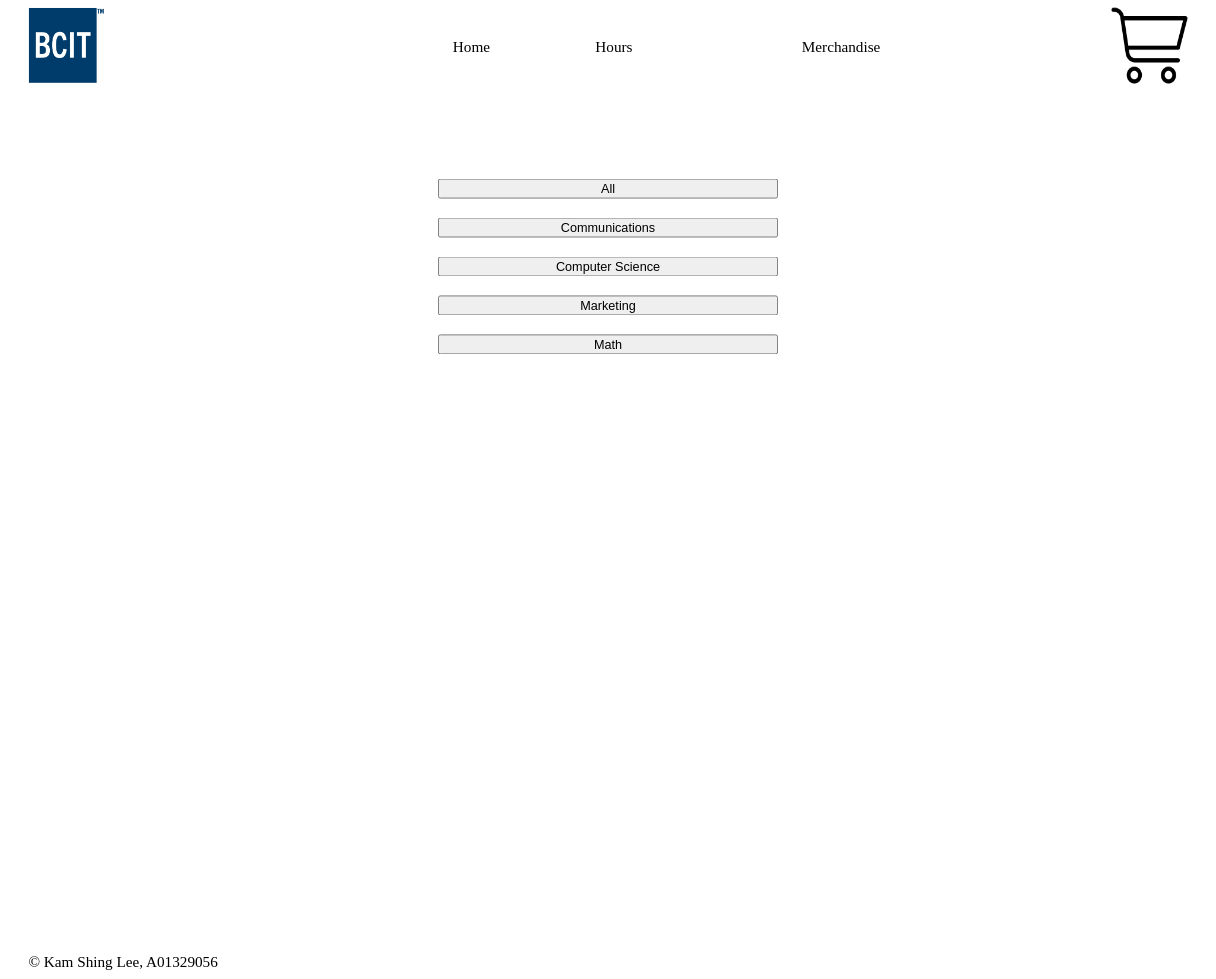
Repository: klee616/assessment3
Page: /
An editor plug-in stored every save of this project. The page is shown before and after the next save, followed by the edit.
The browser window is 1280 px wide. The pictures show the whole page, at 95% of full size.
The project was rebuilt for these pictures with package versions that can differ from the ones it lists, and the page was loaded fresh each time. The framework's server and built-in components were replaced by stand-ins that run in the browser. Also part of the build but not shown: next.config.mjs.

Above is the page before, as saved 2024-02-06 00:39:43.

### pages/index.js
import Head from "next/head";
import { Inter } from "next/font/google";
import styles from "@/styles/Home.module.css";
import layout from "@/styles/layout.module.css"
import Header from "@/components/Header";
import Footer from "@/components/Footer";

const inter = Inter({ subsets: ["latin"] });

export default function Home() {
  return (
    <>
      <Head>
        <title>BCIT Book Store</title>
        <meta name="description" content="All online pick-up orders are available at the Burnaby Campus Bookstore (SE2). Please allow 2-3 business days for order processing." />
        <meta name="viewport" content="width=device-width, initial-scale=1" />
        <link rel="icon" href="/favicon.ico" />
      </Head>

      <Header />
      <main className={`${styles.main} ${inter.className}`}>
        <div className={`${layout['col-lg-4']} ${layout['col-md-4']} ${layout['col-lg-4']}}`}>
          <div className={styles['aside-containera']}>
            <button>All</button>
            <button>Communications</button>
            <button>Computer Science</button>
            <button>Marketing</button>
            <button>Math</button>
          </div>
        </div>
        <div className={`${layout['col-lg-8']} ${layout['col-md-8']} ${layout['col-lg-8']}}`}>

        </div>
      </main>
      <Footer />
    </>
  );
}

### styles/globals.css
:root {
  --background-color: #fff;
  --highlight: #FFF400;
  --blue: #003C71;
  --white-text: #fff;
  --product-background: rgb(245, 245, 245);
}

a{
  color: inherit;
  text-decoration: none;
}

### styles/Home.module.css
.main {
  display: flex;
  flex-direction: column;
  justify-content: space-between;
  align-items: center;
  padding: 6rem;
  min-height: 100vh;
}
.aside-containera{
  display: flex;
  flex-direction: column;
  flex-wrap: nowrap;
  row-gap: 20px;
}

### styles/layout.module.css

.row {
    display: flex;
    flex-direction: row;
    flex-wrap: wrap;
    justify-content: left;
    align-items: stretch;
  }

  .col-lg-12, .col-md-12, .col-sm-12{
      flex: 0 0 12;
      width: calc(100% / 12 * 12);
  }

  .col-lg-11, .col-md-11, .col-sm-11{
      flex: 0 0 11;
      width: calc(100% / 12 * 11);
  }

  .col-lg-10, .col-md-10, .col-sm-10{
      flex: 0 0 10;
      width: calc(100% / 12 * 10);
  }

  .col-lg-9, .col-md-9, .col-sm-9{
      flex: 0 0 9;
      width: calc(100% / 12 * 9);
  }

  .col-lg-8, .col-md-8, .col-sm-8{
      flex: 0 0 8;
      width: calc(100% / 12 * 8);
  }

  .col-lg-7, .col-md-7, .col-sm-7{
      flex: 0 0 7;
      width: calc(100% / 12 * 7);
  }

  .col-lg-6, .col-md-6, .col-sm-6{
      flex: 0 0 6;
      width: calc(100% / 12 * 6);
  }

  .col-lg-5, .col-md-5, .col-sm-5{
      flex: 0 0 5;
      width: calc(100% / 12 * 5);
  }

  .col-lg-4, .col-md-4, .col-sm-4{
      flex: 0 0 4;
      width: calc(100% / 12 * 4);
  }

  .col-lg-3, .col-md-3, .col-sm-3{
      flex: 0 0 3;
      width: calc(100% / 12 * 3);
  }

  .col-lg-2, .col-md-2, .col-sm-2{
      flex: 0 0 2;
      width: calc(100% / 12 * 2);
  }

  .col-lg-1, .col-md-1, .col-sm-1{
      flex: 0 0 1;
      width: calc(100% / 12 * 1);
  }

  .text-align-right{
    text-align: right;
  }

  @media (min-width: 1221px ) {
    /* lg*/

    .row {
      max-width: 1220px;
      width: 100vw;
    }

    .row-wider{
      width: 992px;
    }


    .col-lg-12 {
      flex: 0 0 12;
      width: calc(100% / 12 * 12);
    }

    .col-lg-11 {
      flex: 0 0 11;
      width: calc(100% / 12 * 12);
    }

    .col-lg-10 {
      flex: 0 0 10;
      width: calc(100% / 12 * 10);
    }

    .col-lg-9 {
      flex: 0 0 9;
      width: calc(100% / 12 * 9);
    }

    .col-lg-8 {
      flex: 0 0 8;
      width: calc(100% / 12 * 8);
    }

    .col-lg-7 {
      flex: 0 0 7;
      width: calc(100% / 12 * 7);
    }

    .col-lg-6 {
      flex: 0 0 6;
      width: calc(100% / 12 * 6);
    }

    .col-lg-5 {
      flex: 0 0 5;
      width: calc(100% / 12 * 5);
    }

    .col-lg-4 {
      flex: 0 0 4;
      width: calc(100% / 12 * 4);
    }

    .col-lg-3 {
      flex: 0 0 3;
      width: calc(100% / 12 * 3);
    }

    .col-lg-2 {
      flex: 0 0 2;
      width: calc(100% / 12 * 2);
    }

    .col-lg-1 {
      flex: 0 0 1;
      width: calc(100% / 12 * 1);
    }

    .lg-hidden{
      display: none;;
    }
  }


  @media (max-width:1220px) and (min-width:701px) {
    /* md*/

    .row {
        max-width: 1440px;
        width: 100vw;

    }



    .col-md-12 {
      flex: 0 0 12;
      width: calc(100% / 12 * 12);
    }

    .col-md-11 {
      flex: 0 0 11;
      width: calc(100% / 12 * 12);
    }

    .col-md-10 {
      flex: 0 0 10;
      width: calc(100% / 12 * 10);
    }

    .col-md-9 {
      flex: 0 0 9;
      width: calc(100% / 12 * 9);
    }

    .col-md-8 {
      flex: 0 0 8;
      width: calc(100% / 12 * 8);
    }

    .col-md-7 {
      flex: 0 0 7;
      width: calc(100% / 12 * 7);
    }

    .col-md-6 {
      flex: 0 0 6;
      width: calc(100% / 12 * 6);
    }

    .col-md-5 {
      flex: 0 0 5;
      width: calc(100% / 12 * 5);
    }

    .col-md-4 {
      flex: 0 0 4;
      width: calc(100% / 12 * 4);
    }

    .col-md-3 {
      flex: 0 0 3;
      width: calc(100% / 12 * 3);
    }

    .col-md-2 {
      flex: 0 0 2;
      width: calc(100% / 12 * 2);
    }

    .col-md-1 {
      flex: 0 0 1;
      width: calc(100% / 12 * 1);
    }


    .md-hidden{
      display: none;;
    }
  }


  @media (max-width:700px) {
    /* sm*/

    .row {
        max-width: 640;
        width: 100vw;

    }


    .col-sm-12 {
      flex: 0 0 12;
      width: calc(100% / 12 * 12);
    }

    .col-sm-11 {
      flex: 0 0 11;
      width: calc(100% / 12 * 12);
    }

    .col-sm-10 {
      flex: 0 0 10;
      width: calc(100% / 12 * 10);
    }

    .col-sm-9 {
      flex: 0 0 9;
      width: calc(100% / 12 * 9);
    }

    .col-sm-8 {
      flex: 0 0 8;
      width: calc(100% / 12 * 8);
    }

    .col-sm-7 {
      flex: 0 0 7;
      width: calc(100% / 12 * 7);
    }

    .col-sm-6 {
      flex: 0 0 6;
      width: calc(100% / 12 * 6);
    }

    .col-sm-5 {
      flex: 0 0 5;
      width: calc(100% / 12 * 5);
    }

    .col-sm-4 {
      flex: 0 0 4;
      width: calc(100% / 12 * 4);
    }

    .col-sm-3 {
      flex: 0 0 3;
      width: calc(100% / 12 * 3);
    }

    .col-sm-2 {
      flex: 0 0 2;
      width: calc(100% / 12 * 2);
    }

    .col-sm-1 {
      flex: 0 0 1;
      width: calc(100% / 12 * 1);
    }

    .sm-hidden{
      display: none;
    }
  }

### components/Header/index.js
import styles from './Header.module.css'
import layout from '@/styles/Layout.module.css'
import Image from 'next/image'
import Link from 'next/link'

export default function Header() {
    return (
        <>
            <header className={`${styles['page-header']}`}>
                <div className={`${layout.row}`}>
                    <div className={`${layout['col-lg-4']} ${layout['col-md-4']} ${layout['col-sm-4']}`}>
                        <Image
                            src="/images/bcit_logo.png"
                            width={80}
                            height={80} />
                    </div>
                    <div className={`${layout['col-lg-8']} ${layout['col-md-8']} ${layout['col-sm-8']}`}>
                        <div className={styles['menu-container']}>
                            <ul className={styles['menu-list']}>
                                <li className={styles['menu-item']}>
                                    <Link href='/'>Home</Link>
                                </li>
                                <li className={styles['menu-item']}>
                                    <Link href='/'>Hours</Link>
                                </li>
                                <li className={styles['menu-item']}>
                                    <Link href='/'>Merchandise</Link>
                                </li>
                            </ul>

                            <Link href='/'>
                                <Image
                                    src="/images/shopping.png"
                                    width={80}
                                    height={80} />
                            </Link>
                        </div>
                    </div>
                </div>
            </header>
        </>
    )
}

### components/Footer/index.js
import styles from './Footer.module.css'
import layout from '@/styles/Layout.module.css'

export default function Footer(){
    return (
        <>
        <footer className={styles['page-footer']}>
            <div className={`${layout['row']}`}>
<div className={`${layout['col-lg-12']} ${layout['col-md-12']} ${layout['col-sm-12']}`}>
    &copy; Kam Shing Lee, A01329056
</div>
</div>
        </footer>
        </>
    )
}

### components/Header/Header.module.css
.page-header{
    display: flex;
    flex-direction: column;
    flex-wrap: nowrap;
    align-items: center;
    justify-content: center;
  }

.menu-container{
    display: flex;
    flex-direction: row;
    flex-wrap: nowrap;
    align-content: center;
    justify-content:space-between;
    align-items: center;
}

.menu-list{
    display: flex;
    flex-direction: row;
    flex-wrap: nowrap;
    align-content: center;
    justify-content:space-around;
    align-items: center;
    list-style: none;
}

.menu-list .menu-item{
    width: 150px;
    text-align: left;
}
.menu-list .menu-item:nth-last-child(1){
    text-align: right;
}
.menu-item a{
display: block;
width: 100%;
}

### styles/Layout.module.css

.row {
    display: flex;
    flex-direction: row;
    flex-wrap: wrap;
    justify-content: left;
    align-items: stretch;
  }

  .col-lg-12, .col-md-12, .col-sm-12{
      flex: 0 0 12;
      width: calc(100% / 12 * 12);
  }

  .col-lg-11, .col-md-11, .col-sm-11{
      flex: 0 0 11;
      width: calc(100% / 12 * 11);
  }

  .col-lg-10, .col-md-10, .col-sm-10{
      flex: 0 0 10;
      width: calc(100% / 12 * 10);
  }

  .col-lg-9, .col-md-9, .col-sm-9{
      flex: 0 0 9;
      width: calc(100% / 12 * 9);
  }

  .col-lg-8, .col-md-8, .col-sm-8{
      flex: 0 0 8;
      width: calc(100% / 12 * 8);
  }

  .col-lg-7, .col-md-7, .col-sm-7{
      flex: 0 0 7;
      width: calc(100% / 12 * 7);
  }

  .col-lg-6, .col-md-6, .col-sm-6{
      flex: 0 0 6;
      width: calc(100% / 12 * 6);
  }

  .col-lg-5, .col-md-5, .col-sm-5{
      flex: 0 0 5;
      width: calc(100% / 12 * 5);
  }

  .col-lg-4, .col-md-4, .col-sm-4{
      flex: 0 0 4;
      width: calc(100% / 12 * 4);
  }

  .col-lg-3, .col-md-3, .col-sm-3{
      flex: 0 0 3;
      width: calc(100% / 12 * 3);
  }

  .col-lg-2, .col-md-2, .col-sm-2{
      flex: 0 0 2;
      width: calc(100% / 12 * 2);
  }

  .col-lg-1, .col-md-1, .col-sm-1{
      flex: 0 0 1;
      width: calc(100% / 12 * 1);
  }

  .text-align-right{
    text-align: right;
  }

  @media (min-width: 1221px ) {
    /* lg*/

    .row {
      max-width: 1220px;
      width: 100vw;
    }

    .row-wider{
      width: 992px;
    }


    .col-lg-12 {
      flex: 0 0 12;
      width: calc(100% / 12 * 12);
    }

    .col-lg-11 {
      flex: 0 0 11;
      width: calc(100% / 12 * 12);
    }

    .col-lg-10 {
      flex: 0 0 10;
      width: calc(100% / 12 * 10);
    }

    .col-lg-9 {
      flex: 0 0 9;
      width: calc(100% / 12 * 9);
    }

    .col-lg-8 {
      flex: 0 0 8;
      width: calc(100% / 12 * 8);
    }

    .col-lg-7 {
      flex: 0 0 7;
      width: calc(100% / 12 * 7);
    }

    .col-lg-6 {
      flex: 0 0 6;
      width: calc(100% / 12 * 6);
    }

    .col-lg-5 {
      flex: 0 0 5;
      width: calc(100% / 12 * 5);
    }

    .col-lg-4 {
      flex: 0 0 4;
      width: calc(100% / 12 * 4);
    }

    .col-lg-3 {
      flex: 0 0 3;
      width: calc(100% / 12 * 3);
    }

    .col-lg-2 {
      flex: 0 0 2;
      width: calc(100% / 12 * 2);
    }

    .col-lg-1 {
      flex: 0 0 1;
      width: calc(100% / 12 * 1);
    }

    .lg-hidden{
      display: none;;
    }
  }


  @media (max-width:1220px) and (min-width:701px) {
    /* md*/

    .row {
        max-width: 1440px;
        width: 100vw;

    }



    .col-md-12 {
      flex: 0 0 12;
      width: calc(100% / 12 * 12);
    }

    .col-md-11 {
      flex: 0 0 11;
      width: calc(100% / 12 * 12);
    }

    .col-md-10 {
      flex: 0 0 10;
      width: calc(100% / 12 * 10);
    }

    .col-md-9 {
      flex: 0 0 9;
      width: calc(100% / 12 * 9);
    }

    .col-md-8 {
      flex: 0 0 8;
      width: calc(100% / 12 * 8);
    }

    .col-md-7 {
      flex: 0 0 7;
      width: calc(100% / 12 * 7);
    }

    .col-md-6 {
      flex: 0 0 6;
      width: calc(100% / 12 * 6);
    }

    .col-md-5 {
      flex: 0 0 5;
      width: calc(100% / 12 * 5);
    }

    .col-md-4 {
      flex: 0 0 4;
      width: calc(100% / 12 * 4);
    }

    .col-md-3 {
      flex: 0 0 3;
      width: calc(100% / 12 * 3);
    }

    .col-md-2 {
      flex: 0 0 2;
      width: calc(100% / 12 * 2);
    }

    .col-md-1 {
      flex: 0 0 1;
      width: calc(100% / 12 * 1);
    }


    .md-hidden{
      display: none;;
    }
  }


  @media (max-width:700px) {
    /* sm*/

    .row {
        max-width: 640;
        width: 100vw;

    }


    .col-sm-12 {
      flex: 0 0 12;
      width: calc(100% / 12 * 12);
    }

    .col-sm-11 {
      flex: 0 0 11;
      width: calc(100% / 12 * 12);
    }

    .col-sm-10 {
      flex: 0 0 10;
      width: calc(100% / 12 * 10);
    }

    .col-sm-9 {
      flex: 0 0 9;
      width: calc(100% / 12 * 9);
    }

    .col-sm-8 {
      flex: 0 0 8;
      width: calc(100% / 12 * 8);
    }

    .col-sm-7 {
      flex: 0 0 7;
      width: calc(100% / 12 * 7);
    }

    .col-sm-6 {
      flex: 0 0 6;
      width: calc(100% / 12 * 6);
    }

    .col-sm-5 {
      flex: 0 0 5;
      width: calc(100% / 12 * 5);
    }

    .col-sm-4 {
      flex: 0 0 4;
      width: calc(100% / 12 * 4);
    }

    .col-sm-3 {
      flex: 0 0 3;
      width: calc(100% / 12 * 3);
    }

    .col-sm-2 {
      flex: 0 0 2;
      width: calc(100% / 12 * 2);
    }

    .col-sm-1 {
      flex: 0 0 1;
      width: calc(100% / 12 * 1);
    }

    .sm-hidden{
      display: none;
    }
  }

### components/Footer/Footer.module.css
.page-footer{
    display: flex;
    flex-direction: column;
    flex-wrap: nowrap;
    align-items: center;
    justify-content: center;
}

Loaded but not shown: pages/_app.js (common file); pages/_document.js (common file)

After the next save:
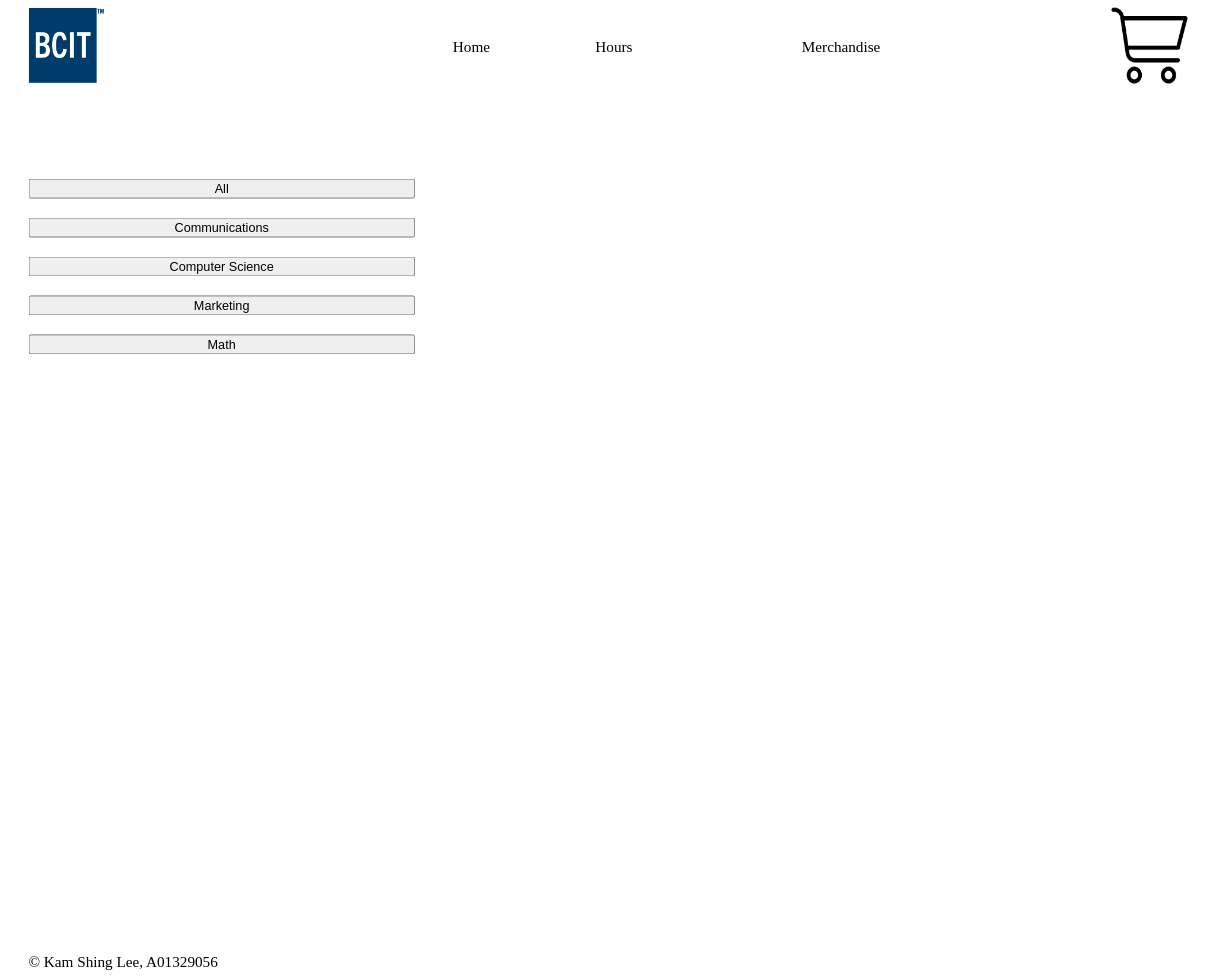
Saved 66 s later.
--- a/pages/index.js
+++ b/pages/index.js
@@ -19,17 +19,21 @@
 
       <Header />
       <main className={`${styles.main} ${inter.className}`}>
-        <div className={`${layout['col-lg-4']} ${layout['col-md-4']} ${layout['col-lg-4']}}`}>
-          <div className={styles['aside-containera']}>
-            <button>All</button>
-            <button>Communications</button>
-            <button>Computer Science</button>
-            <button>Marketing</button>
-            <button>Math</button>
+        <div className={`${layout['row']}`}>
+          <div className={`${layout['col-lg-4']} ${layout['col-md-4']} ${layout['col-lg-4']}}`}>
+            <div className={styles['aside-containera']}>
+              <button>All</button>
+              <button>Communications</button>
+              <button>Computer Science</button>
+              <button>Marketing</button>
+              <button>Math</button>
+            </div>
           </div>
-        </div>
-        <div className={`${layout['col-lg-8']} ${layout['col-md-8']} ${layout['col-lg-8']}}`}>
+          <div className={`${layout['col-lg-8']} ${layout['col-md-8']} ${layout['col-lg-8']}}`}>
+            <div >
 
+            </div>
+          </div>
         </div>
       </main>
       <Footer />
